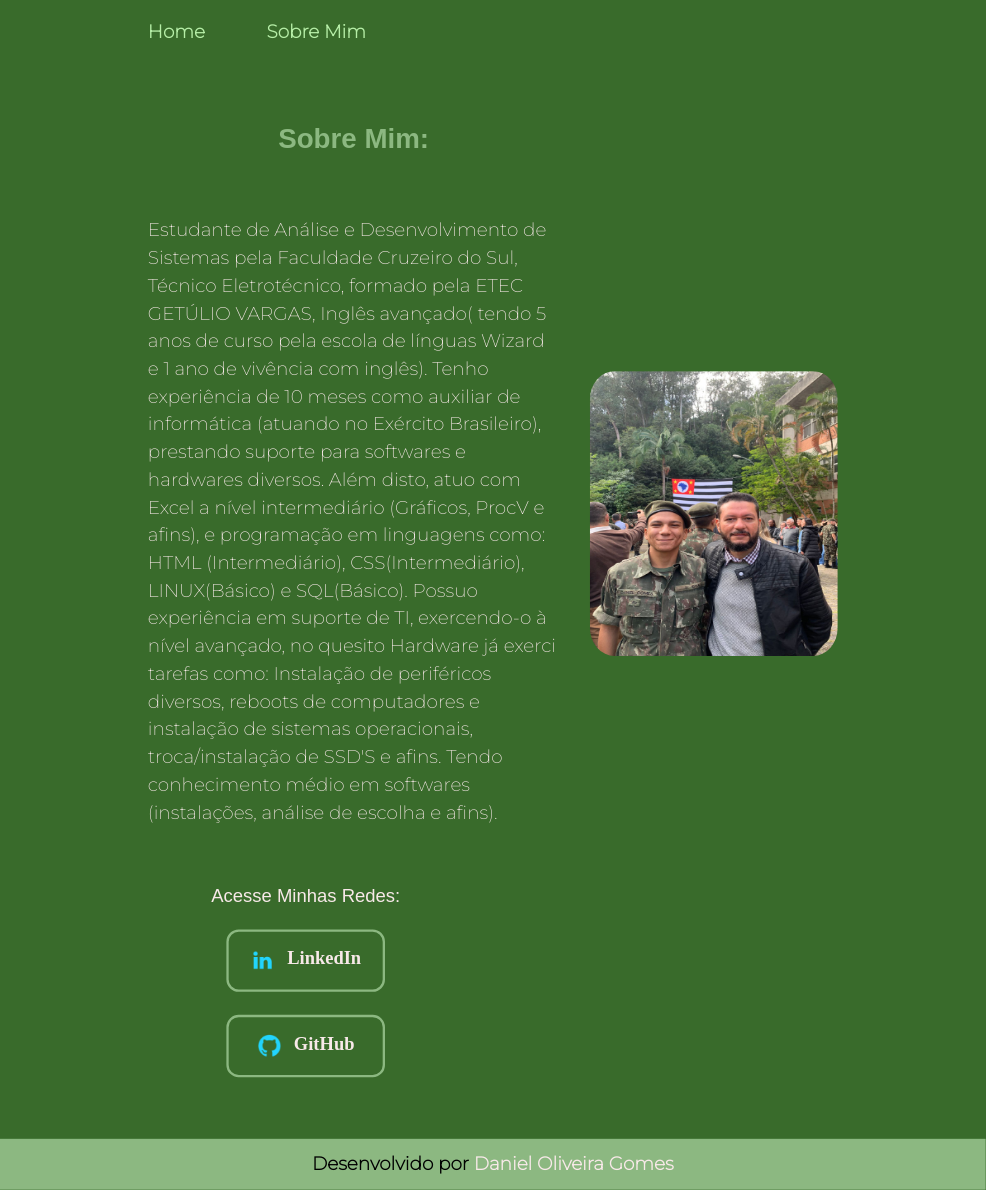
Repository: DamnDTX/Portfolio-Daniel-Oliveira-1
Page: about.html
The author's editor kept a copy of each file at every save. The page is drawn from the files as they stood at one save, then again after the next save.
The browser window is 1280 px wide. The pictures show the whole page, at 77% of full size.
Some web fonts or font styles are not loaded; a fallback is used.

Above is the page before, as saved 2023-07-11 12:42:29.

After the next save:
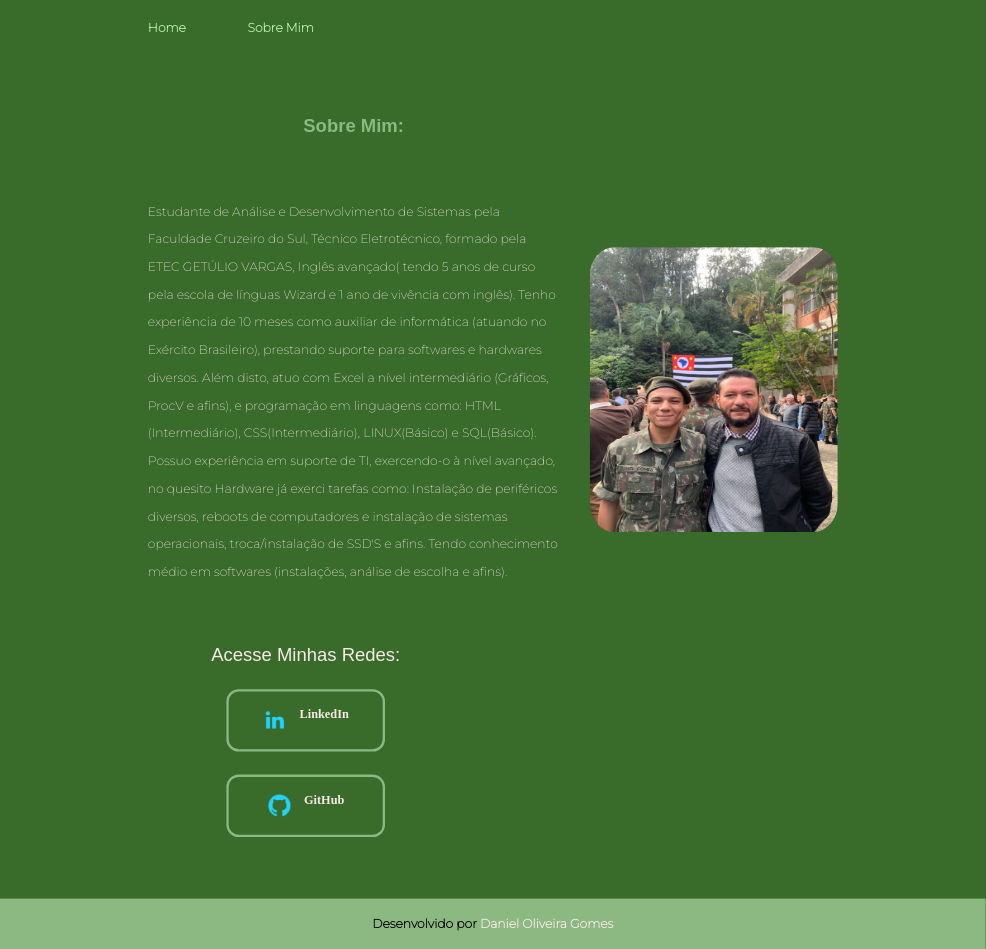
Saved 7 min 5 s later.
--- a/styles/about.css
+++ b/styles/about.css
@@ -34,7 +34,7 @@ padding: 2% 0 0 15%;
 .cabecalho__menu{display: flex;
 gap: 80px;}
 
-.cabecalho__menu__link{font-size: 24px;
+.cabecalho__menu__link{font-size:  1,5rem;
     font-family: 'Montserrat', sans-serif;
     font-style: normal;
     font-weight: 600;
@@ -60,7 +60,7 @@ gap: 40px;}
 
 .principal__conteudo__titulo{
     font-family: 'Krona One', sans-serif;
-    font-size: 36px;
+    font-size: 2.25;
     text-align: center;
     margin-top: 40px;
 
@@ -72,7 +72,7 @@ gap: 40px;}
     font-family: 'Montserrat', sans-serif;
     display: flex;
     flex-direction: column;
-    font-size: 24px;
+    font-size:  1,5rem;
     font-style: normal;
     font-weight: 400;
     line-height: 36px;
@@ -116,7 +116,7 @@ gap: 40px;}
         height: 32px;
         text-align: center;
         border-radius: 16px;
-        font-size: 24px;
+        font-size:  1,5rem;
         padding: 21.5px 0;
         text-decoration: none;
         font-weight: 600;
@@ -132,7 +132,7 @@ gap: 40px;}
     height: 28px;
     }
 
-.rodape{font-size: 24px;
+.rodape{font-size:  1,5rem;
     font-family: 'Montserrat', sans-serif;
     font-style: normal;
     font-weight: 400;
